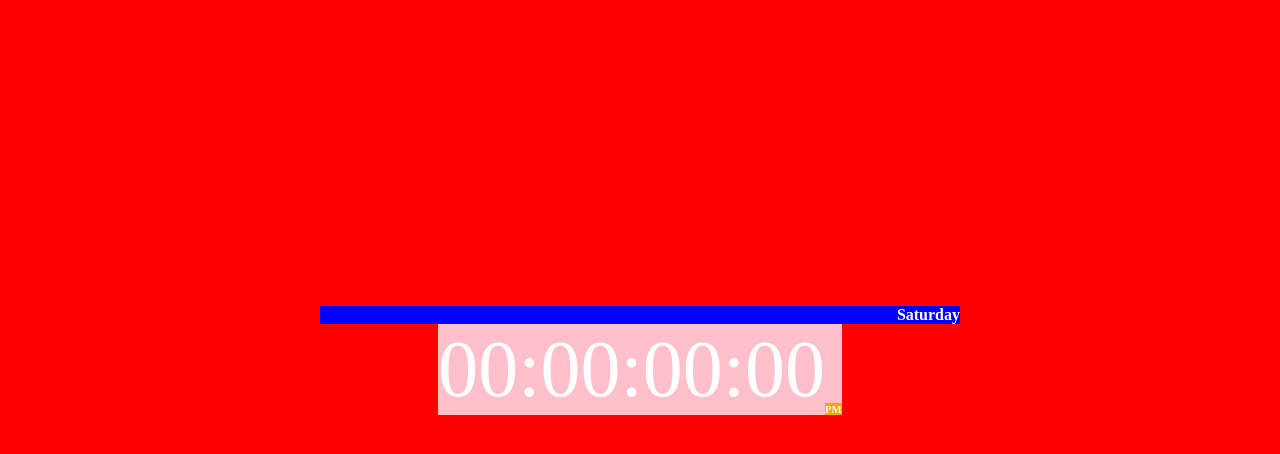
Repository: EguJaredoBoyd/Jared-Digital-Clock
Page: index.html
An editor plug-in stored every save of this project. The page is shown before and after the next save, followed by the edit.
The browser window is 1280 px wide. The pictures show the whole page.

Above is the page before, as saved 2026-01-03 23:14:58.

After the next save:
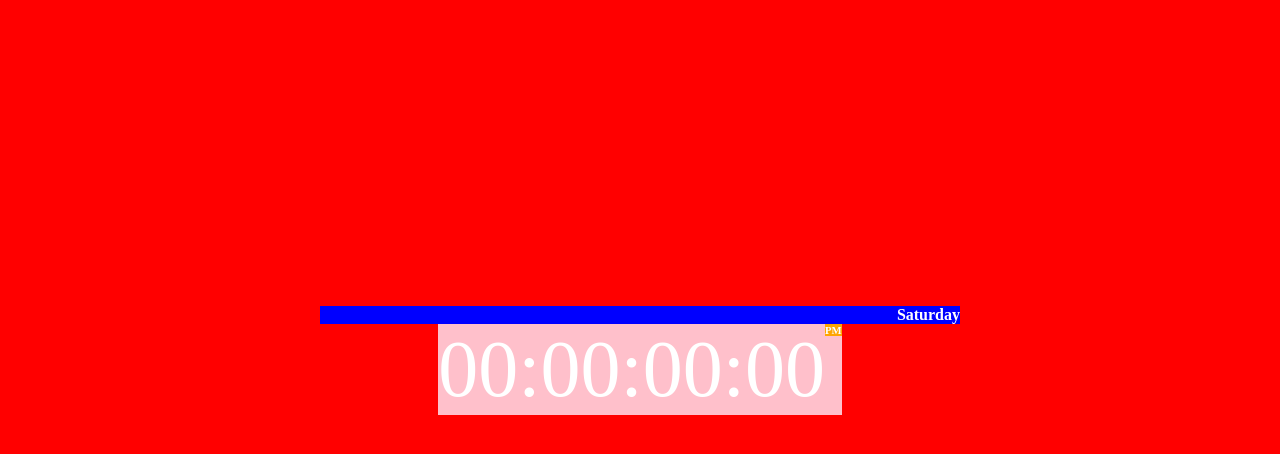
Saved 7 s later.
--- a/css/styles.css
+++ b/css/styles.css
@@ -36,5 +36,5 @@ body {
 
 .watch-container__time h6 {
   background-color: orange;
-  align-self: last baseline;
+  align-self: baseline;
 }
